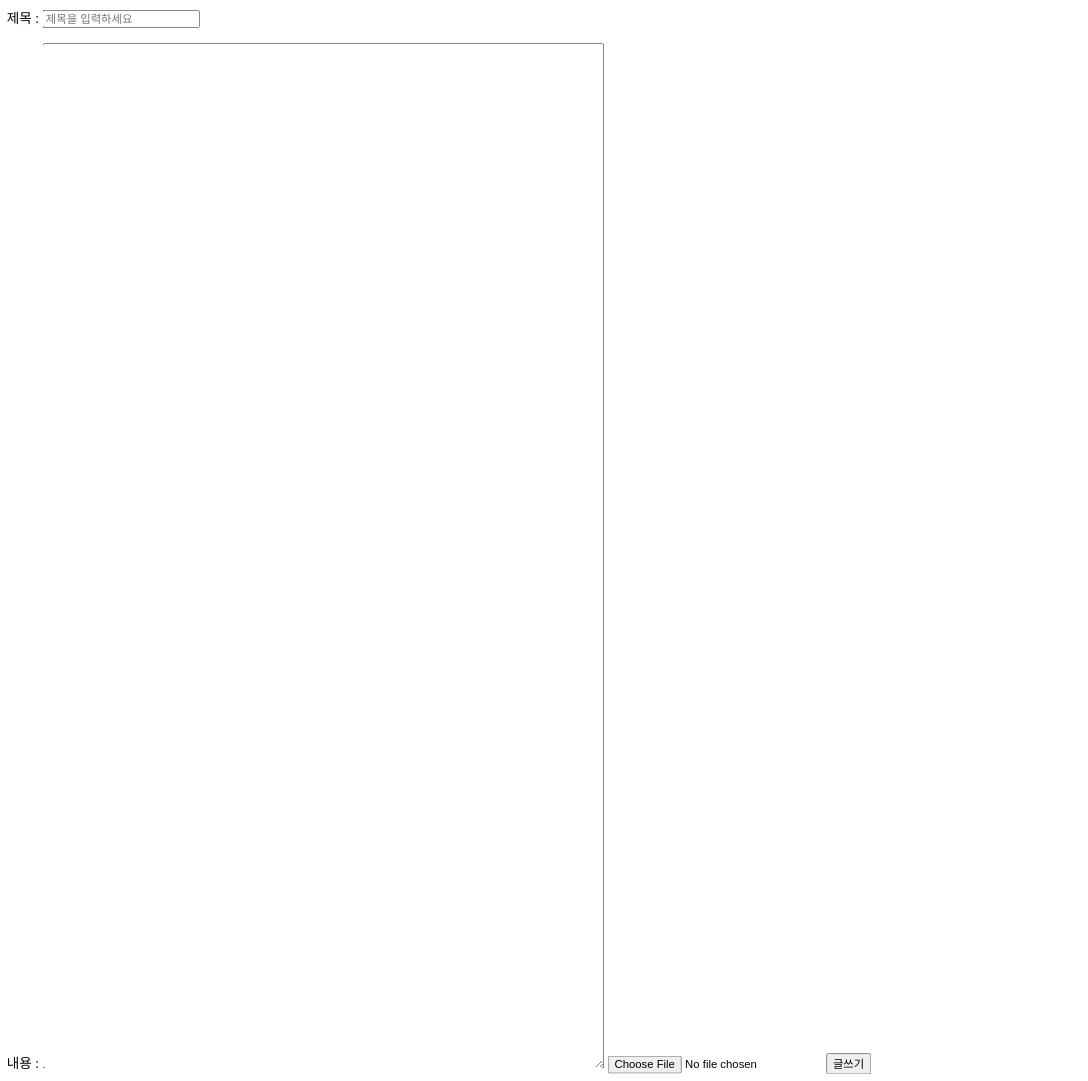
Repository: LeeHyukJe/LHJ
Page: http://localhost/mybbs/mybbs/bbs_form.jsp
These files come from the project's save history. The page is drawn as it stood at one moment and after the next save; the edit follows.
The browser window is 1280 px wide. The pictures show the whole page, at 85% of full size.
The page is served by Tomcat 9. Other server files are loaded and not shown.

Above is the page before, as saved 2017-09-27 07:49:28.

### mybbs/WebContent/mybbs/bbs_form.jsp
<%@ page language="java" contentType="text/html; charset=UTF-8"
    pageEncoding="UTF-8"%>
<!DOCTYPE html PUBLIC "-//W3C//DTD HTML 4.01 Transitional//EN" "http://www.w3.org/TR/html4/loose.dtd">
<html>
<head>
<meta http-equiv="Content-Type" content="text/html; charset=UTF-8">
<link rel="stylesheet" href="bbs.css">
<title>Insert title here</title>
</head>
<body>
	<%
		String bbs_no=request.getParameter("bbs_no");
	%>
	<form action="bbs_action.jsp">
	<input type="hidden" name="bbs_no" value="<%=bbs_no%>">
	<input type="hidden" name="user_id">
	<input type="hidden" name="delete">
		제목 : <input type="text" name="title" placeholder="제목을 입력하세요"><br><br>
		내용 : <textarea rows="80" cols="80" name="content">

		</textarea>
		<input type="file" value="파일 업로드">
		<input type="submit" value="글쓰기">
	</form>
</body>
</html>

### mybbs/WebContent/mybbs/bbs.css
table.type10 {
    border-collapse: collapse;
    text-align: left;
    line-height: 1.5;
    border-top: 1px solid #ccc;
    border-bottom: 1px solid #ccc;
    margin: 20px 10px;
}
table.type10 thead th {
    width: 150px;
    padding: 10px;
    font-weight: bold;
    vertical-align: top;
    color: #fff;
    background: lightskyblue;
    margin: 20px 10px;
}
table.type10 tbody th {
    width: 150px;
    padding: 10px;
}
table.type10 td {
    width: 350px;
    padding: 10px;
    vertical-align: top;
}
table.type10 .even {
    background: #fdf3f5;
}

After the next save:
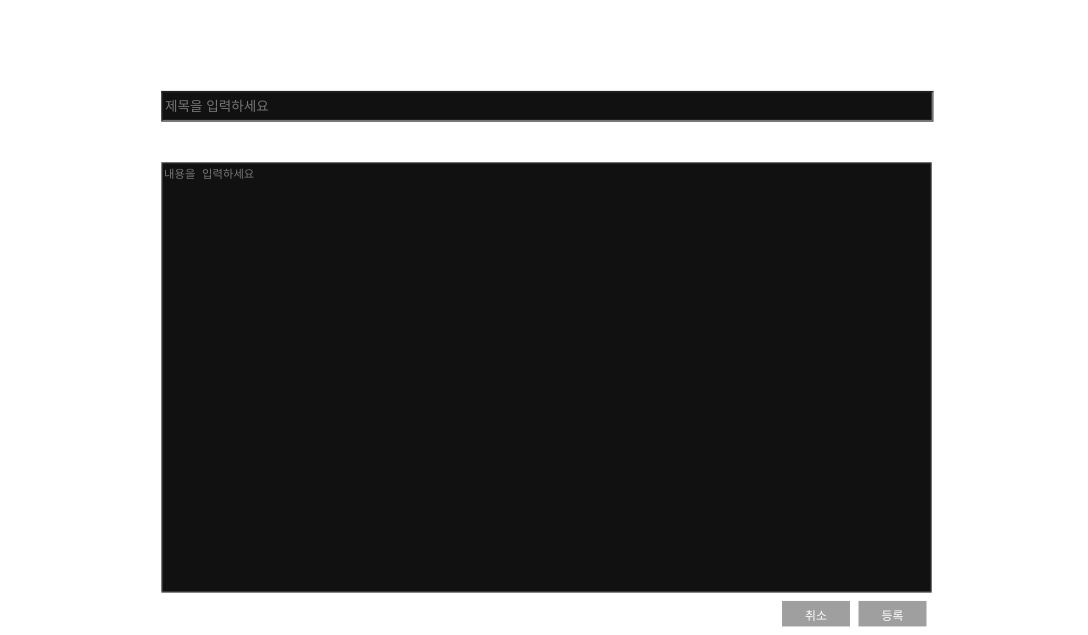
Saved 13 min 7 s later.
--- a/mybbs/WebContent/mybbs/bbs_form.jsp
+++ b/mybbs/WebContent/mybbs/bbs_form.jsp
@@ -1,5 +1,5 @@
 <%@ page language="java" contentType="text/html; charset=UTF-8"
-    pageEncoding="UTF-8"%>
+	pageEncoding="UTF-8"%>
 <!DOCTYPE html PUBLIC "-//W3C//DTD HTML 4.01 Transitional//EN" "http://www.w3.org/TR/html4/loose.dtd">
 <html>
 <head>
@@ -7,11 +7,66 @@
 <link rel="stylesheet" href="bbs.css">
 <title>Insert title here</title>
 </head>
+<style>
+body {
+	font-family: Arial;
+	margin: 0;
+	color: white;
+}
+
+.contexter {
+	margin: auto;
+	width: 900px;
+}
+
+h1 {
+	text-align: center;
+}
+
+input {
+	width: 100%;
+	color: white;
+	background-color: #111111;;
+	margin-bottom: 30px;
+	height: 30px;
+	font-size: 16px;
+	outline: none;
+}
+
+textarea {
+	outline: none;
+	color: white;
+	background-color: #111111;
+	width: 100%;
+	height: 500px;
+	resize: none;
+	overflow-y: hidden
+}
+
+button {
+	color: #FFF;
+	text-decoration: none;
+	outline: none;
+	border: none;
+	background-color: #9f9f9f;
+	float: right;
+	width: 80px;
+	height: 30px;
+	font-size: 14px;
+	padding: 6px 16px 6px 16px;
+	margin: 10px 0px 10px 10px;
+}
+
+button:hover {
+	background-color: #cccccc;
+}
+</style>
+
 <body>
 	<%
-		String bbs_no=request.getParameter("bbs_no");
+		String bbs_no = request.getParameter("bbs_no");
 	%>
-	<form action="bbs_action.jsp">
+	<!-- form action="bbs_action.jsp">
 	<input type="hidden" name="bbs_no" value="<%=bbs_no%>">
 	<input type="hidden" name="user_id">
 	<input type="hidden" name="delete">
@@ -20,7 +75,22 @@
 
 		</textarea>
 		<input type="file" value="파일 업로드">
-		<input type="submit" value="글쓰기">
+		<input type="submit" value="글쓰기"-->
+	<div class="contexter">
+		<form action="bbs_action.jsp">
+			<input type="hidden" name="bbs_no" value="<%=bbs_no%>">
+			<input type="hidden" name="user_id">
+			<h1>글쓰기</h1>
+
+			<label><b>Title</b></label>
+			<input type="text" placeholder="제목을 입력하세요" name="title" required>
+			<label><b>Content</b></label>
+			<textarea placeholder="내용을 입력하세요" name="content"></textarea>
+			<Button type="submit">등록</Button>
+			<Button type="reset">취소</Button>
+		</form>
+	</div>
+
 	</form>
 </body>
 </html>
